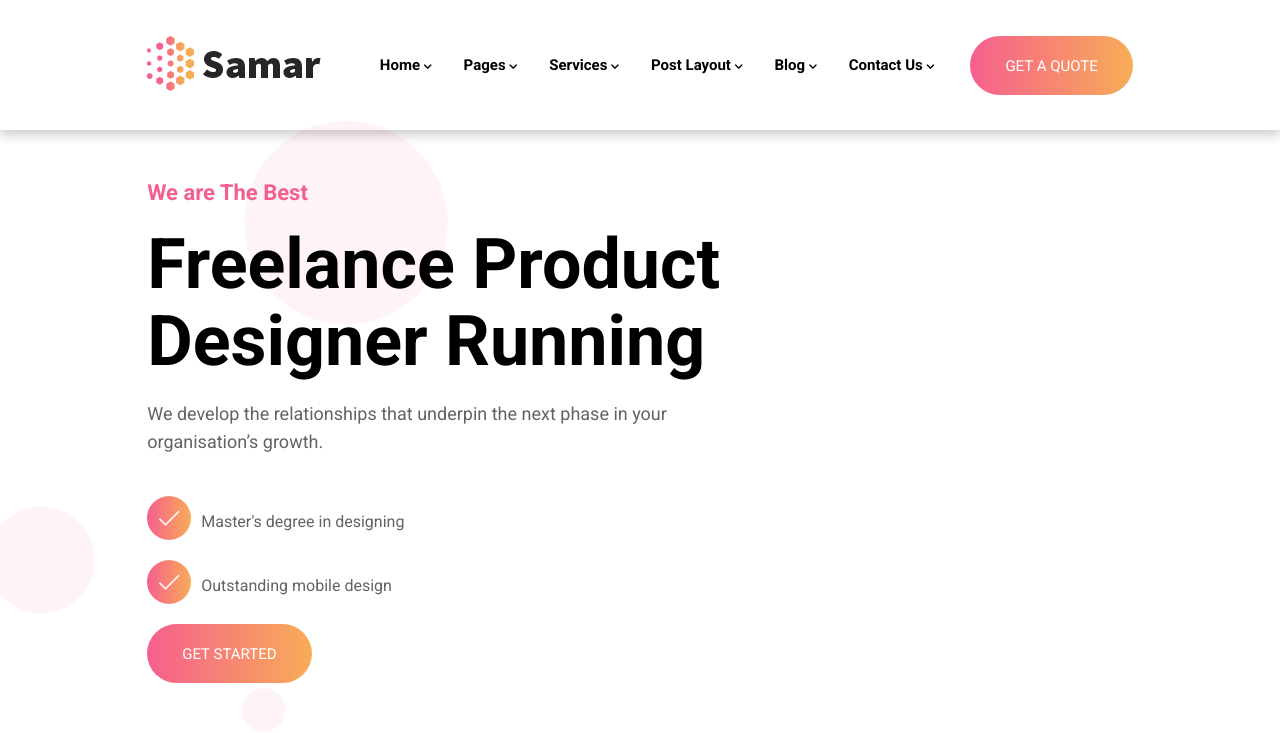
Repository: leequanganh/sammar
Page: html/index.html
The author's editor kept a copy of each file at every save. The page is drawn from the files as they stood at one save, then again after the next save.
The browser window is 1280 px wide. The pictures show the whole page.

Above is the page before, as saved 2021-12-09 15:12:30.

### html/index.html
<!DOCTYPE html>
<html lang="en">
<head>
    <meta charset="UTF-8">
    <meta http-equiv="X-UA-Compatible" content="IE=edge">
    <meta name="viewport" content="width=device-width, initial-scale=1.0">
    <link rel="preconnect" href="https://fonts.googleapis.com">
<link rel="preconnect" href="https://fonts.gstatic.com" crossorigin>
<link href="https://fonts.googleapis.com/css2?family=Roboto:ital,wght@0,100;0,300;0,400;0,700;1,500;1,700;1,900&display=swap" rel="stylesheet">
            <!-- /////////////////// -->
    <link rel="stylesheet" href="../css/flaticon.css">
    <link rel="stylesheet" href="https://cdnjs.cloudflare.com/ajax/libs/line-awesome/1.3.0/line-awesome/css/line-awesome.min.css" integrity="sha512-vebUliqxrVkBy3gucMhClmyQP9On/HAWQdKDXRaAlb/FKuTbxkjPKUyqVOxAcGwFDka79eTF+YXwfke1h3/wfg==" crossorigin="anonymous" referrerpolicy="no-referrer" />
    <link rel="stylesheet" href="https://cdnjs.cloudflare.com/ajax/libs/font-awesome/5.15.4/css/all.min.css" integrity="sha512-1ycn6IcaQQ40/MKBW2W4Rhis/DbILU74C1vSrLJxCq57o941Ym01SwNsOMqvEBFlcgUa6xLiPY/NS5R+E6ztJQ==" crossorigin="anonymous" referrerpolicy="no-referrer" />
                 <!-- ////////////////////// -->
    <link rel="stylesheet" href="../css/index.css">
    <title>Document</title>
</head>
<body>
<!-- header start  -->
    <div class="header" id="navbar">

        <div class="header__contain">
            <div class="header_logo" id="logo">
                <img src="../img/logo-2.png" alt="">
            </div>
            <div class="header_nav">
                <ul>
                    <li> <a href=""> <span>Home</span>
                        <i class="fas fa-chevron-down"></i></a> </li>
                    <li> <a href=""><span>Pages</span>
                        <i class="fas fa-chevron-down"></i></a></li>
                    <li><a href=""> <span>Services</span>
                        <i class="fas fa-chevron-down"></i></a></li>
                    <li><a href=""> <span>Post Layout</span>
                        <i class="fas fa-chevron-down"></i></a></li>
                    <li><a href=""><span>Blog</span>
                        <i class="fas fa-chevron-down"></i></a></li>
                    <li><a href=""><span>Contact Us</span>
                        <i class="fas fa-chevron-down"></i></a></li>
                </ul>
                <div class="btn">
                    <a href="">GET A QUOTE</a>
                </div>
            </div>
        </div>
    </div>
<!-- header end  -->
<!-- banner start  -->
    <div class="banner">
        <div class="banner__contain">
            <div class="banner_text">
                <h4>We are The Best</h4>
                <h1>Freelance Product <br> Designer Running</h1>
                <p>We develop the relationships that underpin the next phase in your <br>
                    organisation’s growth.</p>
                <span><i class="las la-check"></i>Master's degree in designing</span>
                <span><i class="las la-check"></i>Outstanding mobile design</span>

                <!-- <ul>
                    <li>Master's degree in designing</li>
                    <li>Outstanding mobile design</li>

                </ul> -->
                <div class="btn"><a href="">GET STARTED</a></div>

            </div>
            <!-- <div class="banner_img">
                <img src="../img/pic3_1.png" alt="">
            </div> -->
        </div>
    </div>
<!-- banner end  -->
    <script src="https://code.jquery.com/jquery-3.6.0.min.js" integrity="sha256-/xUj+3OJU5yExlq6GSYGSHk7tPXikynS7ogEvDej/m4=" crossorigin="anonymous"></script>
    <script>
        $(document).ready(function(){
            $(window).scroll(function(){
                if($(this).scrollTop()){
                    $('header').addClass('sticky');
                }else{
                    $('header').removeClass('sticky');
                }
            })
        });
    </script>
</body>
</html>

### css/index.css
*{
padding: 0;
margin: 0;
border: 0;
box-sizing: border-box;
font-family: 'Roboto', sans-serif;
}
body{
    /* height: 9000px;
    background-color: antiquewhite; */
}
/* header-start  */
.header{
    display: flex;
    justify-content: center;
    position: fixed;
        width: 100%;
        top: 0;
    z-index: 1;
    box-shadow: 0px 5px 10px rgba(0, 0, 0,0.2);
    overflow: hidden;
    transition: 0.5s;
    background: rgba(0,0,0,0);
}
.header__contain{
    width: 77%;
    display: flex;
    justify-content: space-between;
    align-items: center;
}
.header_nav {
    width: 80%;
    display: flex;
    justify-content: flex-end;
    align-items: center;
}
ul{
    display: flex;
}
.header_nav ul li{
    transition: 0.3s;
    padding: 55px 16px ;
    list-style: none;
}
.header_nav li a {
    font-size: 15px;
    list-style: none;
    text-decoration: none;
    color: black;
    font-weight: 600;
}
.header_nav li a span{
    line-height: 20px;
}
.header_nav li:hover{
    cursor: pointer;
}
.header_nav li a {
    display: inline-block;
}
span{
    display: inline-block;
}
.header_nav li:hover a span  {
   animation-name: upToDown;
   animation-duration: 0.5s;
   color: #f55f8d;
   cursor: pointer;
}
.header_nav li:hover a i{
   color: #f55f8d;
}
.header_nav li a i{
    font-size: 9px;
}
.header .btn{
    margin-left: 20px;
}
.btn {
    padding: 20px 35px;
    border-radius: 30px;
    border-width: 1px;
    background-image: linear-gradient(to right,#f55f8d 0,#f8ae56 51%,#f55f8d 100%);
    background-position: left bottom;
    background-size: 200%;
    transition: 0.5s;
}
.btn a{
    color: white;
    line-height: 18px;
    font-size: 15px;
    font-weight: 500;
    text-decoration: none;

}
.btn:hover {
    background-position: right center;
}
/* header-end  */
/* banner start  */
.banner {
    background-image: url(../img/pic2.png);
    background-size: cover;
    background-repeat: no-repeat;
    /* background-position: center; */
    padding-top: 130px;
    display: flex;
    flex-direction: row;
    justify-content: center;
}
.banner__contain{
    display: flex;
    /* overflow: visible; */
    padding: 50px 0;
    justify-content: space-between;
    width: 77%;
}
.banner_text{

    display: flex;
    flex-direction: column;
    align-items:flex-start;
    width: 80%;
}
.banner_text h4{
    color: #f55f8d;
    font-size: 22px;
    font-weight: 600;
    line-height: 26px;
    margin-bottom: 20px;
}
.banner_text h1{
    font-size: 70px;
    line-height: 1.1;
    font-weight: 800;
    margin-bottom: 20px;

}
.banner_text p{
    color: #636363;
    font-size: 18px;
    line-height: 28px;
    margin-bottom: 20px;
}
.banner_text span{
    margin: 20px 0 0 0;
    color: #636363;
}
.banner_text span i{
    font-size: 24px;
    padding: 10px;
    background-image: linear-gradient(to right,#f55f8d 0,#f8ae56 51%,#f55f8d 100%);
    border-radius: 50%;
    background-size: 200%;
    color: white;
    margin-right: 10px;
}
.banner_text .btn{
    margin-top: 20px;
}

.banner_img{
    /* width: 40%; */
}

.banner_img{
    /* position: relative; */
}

/* banner end  */
/* animate  */
@keyframes upToDown {
    49% {
      transform: translateY(100%);
    }
    50% {
      opacity: 0;
      transform: translateY(-100%);
    }
    51% {
      opacity: 1;
    }
  }
/* animate  */

Loaded but not shown: css/flaticon.css (common file)

After the next save:
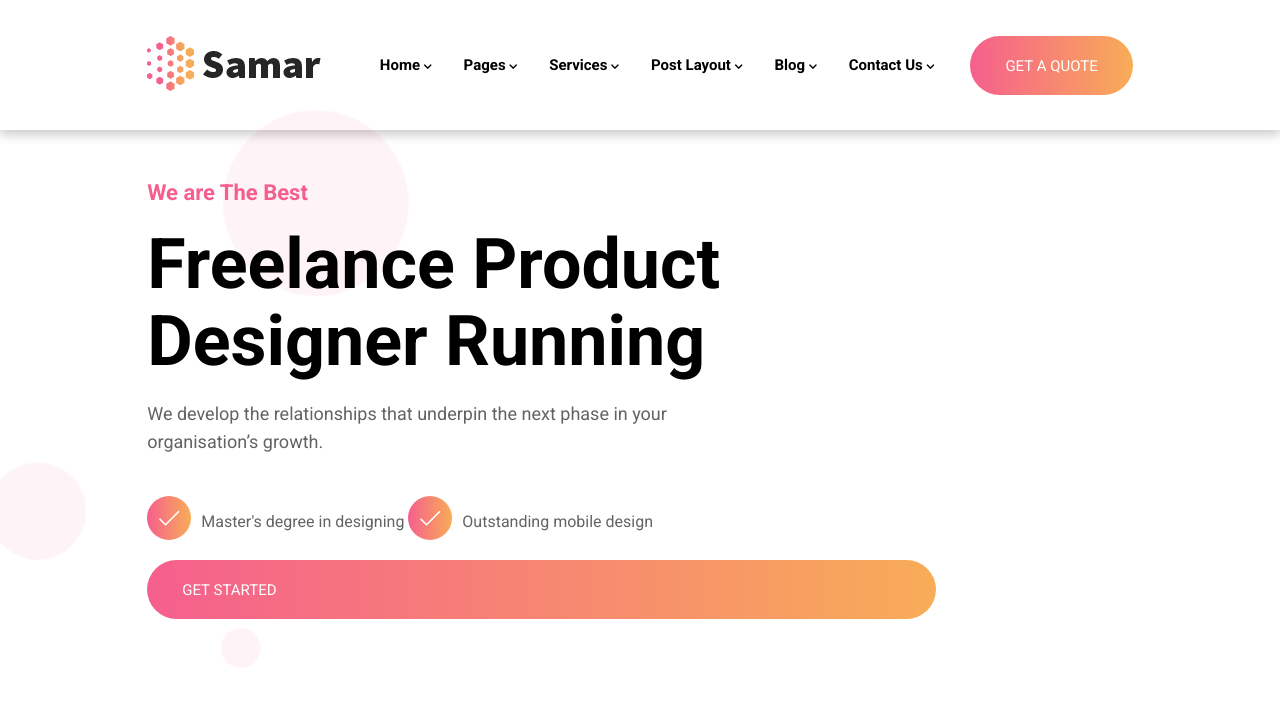
Saved 4 s later.
--- a/css/index.css
+++ b/css/index.css
@@ -116,7 +116,7 @@
     width: 77%;
 }
 .banner_text{
-
+    ba
     display: flex;
     flex-direction: column;
     align-items:flex-start;

After the save that followed:
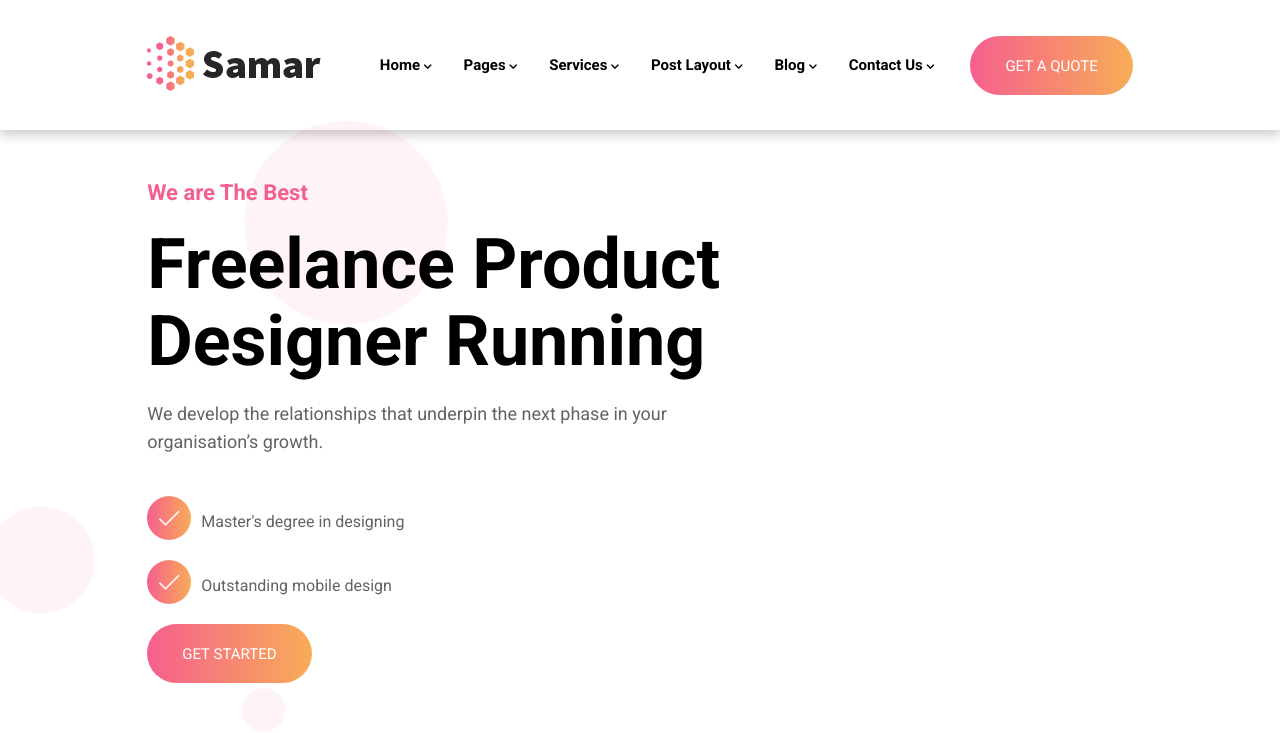
Saved 5 s later.
--- a/css/index.css
+++ b/css/index.css
@@ -116,7 +116,7 @@
     width: 77%;
 }
 .banner_text{
-    ba
+    background-color: ;
     display: flex;
     flex-direction: column;
     align-items:flex-start;
